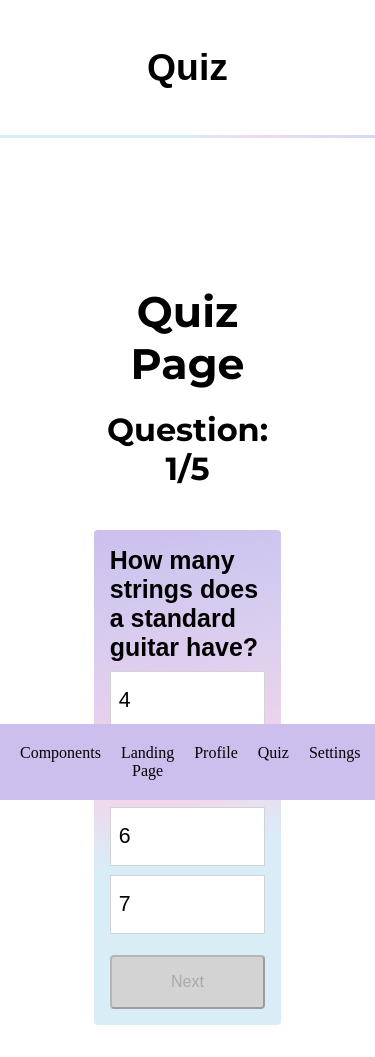
Repository: 1medi/pocketprof
Page: /quiz/page
An editor plug-in stored every save of this project. The page is shown before and after the next save, followed by the edit.
The browser window is 375 px wide. The pictures show the whole page.
The project was rebuilt for these pictures with package versions that can differ from the ones it lists, and the page was loaded fresh each time. The framework's server and built-in components were replaced by stand-ins that run in the browser. Also part of the build but not shown: next.config.mjs, Components/Buttons/Oscar/Oscar.module.css, Components/Buttons/Oscar/index.js.

Above is the page before, as saved 2024-04-13 21:01:00.

After the next save:
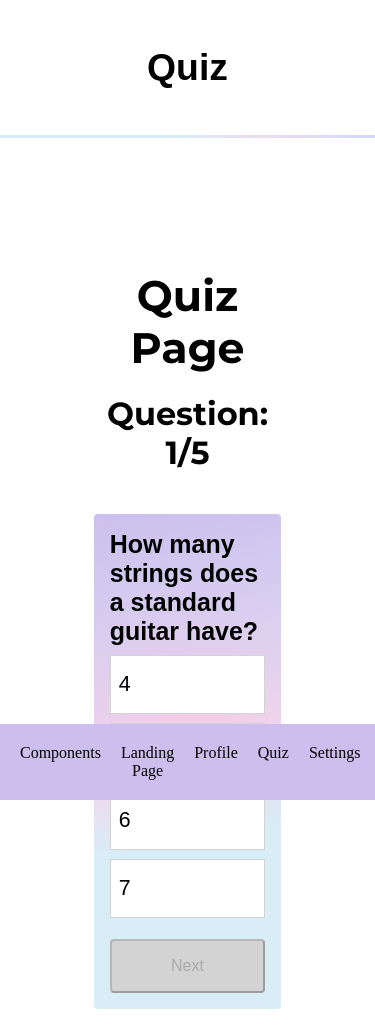
Saved 26 s later.
--- a/pages/quiz/page.module.css
+++ b/pages/quiz/page.module.css
@@ -1,7 +1,7 @@
 
 @media only screen and (max-width:431px) {
   .container{
-  padding: 2rem 5rem;
+  padding: 1rem 2rem;
   background-color: white;
   font-family: "Noto", sans-serif;
   max-width: 740px;
